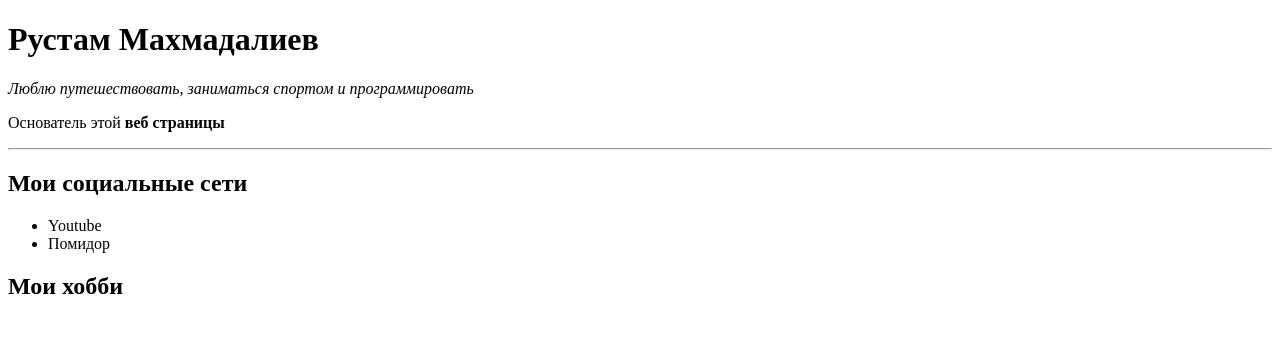
Repository: RustamMakh/html
Page: index.html
The author's editor kept a copy of each file at every save. The page is drawn from the files as they stood at one save, then again after the next save.
The browser window is 1280 px wide. The pictures show the whole page.

Above is the page before, as saved 2022-06-07 19:48:43.

After the next save:
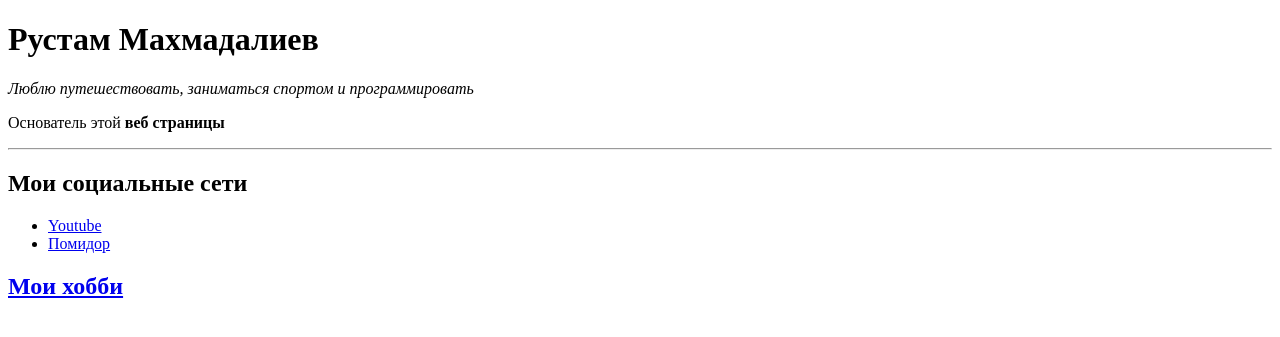
Saved 52 s later.
--- a/index.html
+++ b/index.html
@@ -14,8 +14,8 @@
 
   <h2>Мои социальные сети</h2>
   <ul>
-      <li <a href="https://www.youtube.com/watch?v=DOEtVdkKwcU">Youtube</li>
-      <li <a href="https://bakunin.com/pomidor/">Помидор</li>
+      <li> <a href="https://www.youtube.com/watch?v=DOEtVdkKwcU">Youtube</li>
+      <li> <a href="https://bakunin.com/pomidor/">Помидор</li>
     </ul>
   <h2>Мои хобби</h2>
 </body>
